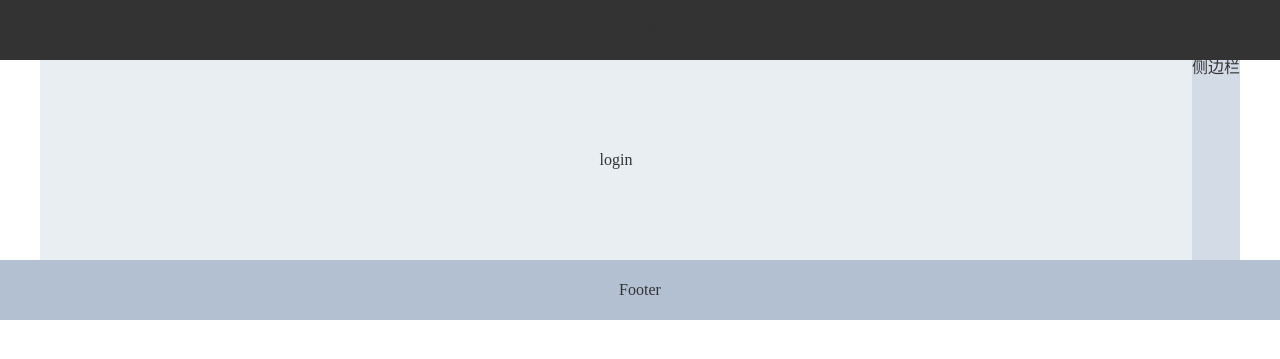
Repository: Trayvon21/cnode
Page: /login
The author's editor kept a copy of each file at every save. The page is drawn from the files as they stood at one save, then again after the next save.
The browser window is 1280 px wide. The pictures show the whole page.
The project was rebuilt for these pictures with package versions that can differ from the ones it lists, and the page was loaded fresh each time. Also part of the build but not shown: vue.config.js.

Above is the page before, as saved 2019-12-16 13:43:25.

### public/index.html
<!DOCTYPE html>
<html lang="en">

<head>
    <meta charset="utf-8">
    <meta http-equiv="X-UA-Compatible" content="IE=edge">
    <meta name="viewport" content="width=device-width,initial-scale=1.0">
    <link rel="stylesheet" href="./css/reset.css">
    <link rel="icon" href="<%= BASE_URL %>favicon.ico">
    <title>demo</title>
</head>

<body>
    <noscript>
      <strong>We're sorry but demo doesn't work properly without JavaScript enabled. Please enable it to continue.</strong>
    </noscript>
    <div id="app"></div>
    <!-- built files will be auto injected -->
</body>

</html>

### src/main.js
import Vue from 'vue'
import App from './App.vue'
import router from './router'
import store from './store'
import service from './http'
import ElementUI from 'element-ui';
import 'element-ui/lib/theme-chalk/index.css';
import axios from 'axios'
Vue.use(ElementUI);
Vue.config.productionTip = false
Vue.prototype.$axios = service
new Vue({
    router,
    store,
    render: h => h(App)
}).$mount('#app')

### src/App.vue
<template>
 <div>
<router-view></router-view>
 </div>
</template>

<script>
 export default {
   data () {
     return {

     }
   },
   components: {

   },
   methods: {

   },
   mounted() {

   },
   watch: {

   },
   computed: {

   }
 }
</script>

<style scoped lang='scss'>

</style>

### src/router/index.js
import Vue from 'vue'
import VueRouter from 'vue-router'
import Home from '../views/Home.vue'

Vue.use(VueRouter)

const routes = [{
        path: '/',
        component: Home,
        children: [{
            path: '',
            name: 'main',
            component: () =>
                import ('../views/main/Main')
        }]
    }, {
        path: '/login',
        component: Home,
        children: [{
            path: '',
            name: 'login',
            component: () =>
                import ('../views/Login/Login')
        }]
    }, {
        path: '/:id',
        component: Home,
        children: [{
            path: '',
            name: 'detail',
            component: () =>
                import ('../views/detail/Detail')
        }]
    }, {
        path: '*',
        name: 'error',
        component: () => ('../views/error')
    }

]

const router = new VueRouter({
    mode: 'history',
    base: process.env.BASE_URL,
    routes
})

export default router

### src/http/index.js
import axios from 'axios'
import qs from 'qs'
import { Loading, Message } from 'element-ui'

// let loading = null


// 判断当前环境是生产环境还是开发环境
// process.env.NODE_ENV的值决定当前环境
// production为生产环境 development为开发环境
const isProduction = process.env.NODE_ENV === 'production'

// 创建axios配置对象
const service = axios.create()

// 接口基础路径
service.defaults.baseURL = isProduction ? '线上接口路径' : '/api'

// 超时时间
service.defaults.timeout = 10000
    // 请求头类型
service.defaults.headers.post['Content-Type'] = 'application/x-www-form-urlencoded'

// 请求拦截器
service.interceptors.request.use(config => {
    loading = Loading.service({
        text: '正在加载中......'
    })
    let token = localStorage.getItem('adminToken')
        // 每次请求 都在请求头带上token
    if (token) {
        config.headers['Authorization'] = 'Bearer ' + token
    }
    return config
}, err => {
    console.log(err)
    return Promise.reject(err)
})

// 响应拦截器
service.interceptors.response.use(response => {
    if (loading) {
        loading.close()
    }
    return response.data
}, err => {
    // if (err.response.status === 401) {
    //   Message.error(err.response.data.msg)
    // }
})

service.req = function(...params) {
    if (params.length === 1) {
        return service.get(params[0])
    }
    if (params.length === 2) {
        return service.post(params[0], qs.stringify(params[1]))
    }
}

export default service

### src/views/Home.vue
<template>
  <div>
    <el-container>
      <el-header>Header</el-header>
      <el-container class="main">
        <el-main>
          <router-view />
        </el-main>
        <el-aside width="px">
          <Aside class="aside"/>
        </el-aside>
      </el-container>
      <el-footer>Footer</el-footer>
    </el-container>
  </div>
</template>

<script>
import Aside from "../components/aside/Aside";
export default {
  data() {
    return {};
  },
  components: {
    Aside
  },
  methods: {},
  mounted() {},
  watch: {},
  computed: {}
};
</script>

<style scoped lang='scss'>
.el-header {
  background-color: #333;
  color: #333;
  text-align: center;
  line-height: 50px;
}
.el-main {
  background-color: #e9eef3;
  color: #333;
  text-align: center;
  line-height: 160px;
}
.el-aside {
  background-color: #d3dce6;
  color: #333;
  text-align: center;
}

.el-footer {
  background-color: #b3c0d1;
  color: #333;
  text-align: center;
  line-height: 60px;
}
.main {
  width: 1200px;
  margin: 0 auto;
}
body {
  background: #e9eef3 !important;
}
</style>

### src/views/Login/Login.vue
<template>
  <div>login</div>
</template>

<script>
export default {
  data() {
    return {};
  },
  components: {},
  methods: {},
  mounted() {},
  watch: {},
  computed: {}
};
</script>

<style scoped lang='scss'>
</style>

### src/components/aside/Aside.vue
<template>
 <div>
     侧边栏
 </div>
</template>

<script>
 export default {
   data () {
     return {

     }
   },
   components: {

   },
   methods: {

   },
   mounted() {

   },
   watch: {

   },
   computed: {

   }
 }
</script>

<style scoped lang='scss'>

</style>

Loaded but not shown: src/store/index.js (common file); public/css/reset.css (common file)

After the next save:
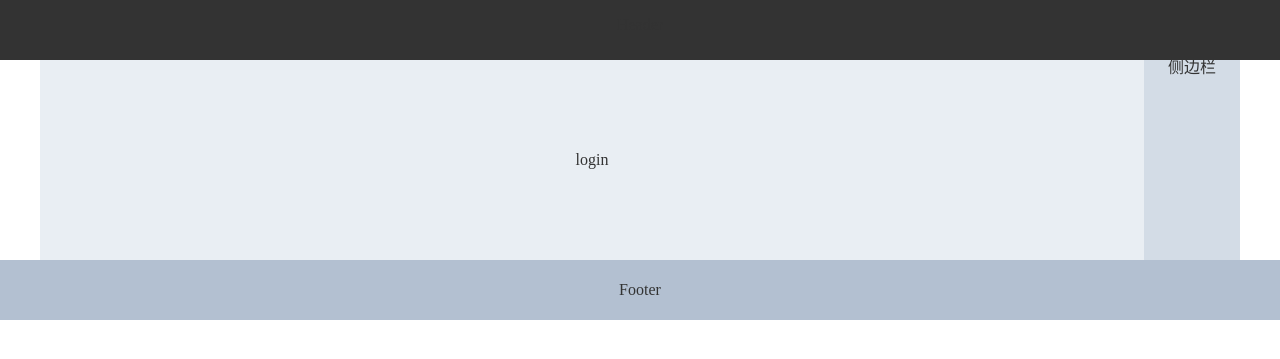
Saved 14 s later.
--- a/src/views/Home.vue
+++ b/src/views/Home.vue
@@ -6,7 +6,7 @@
         <el-main>
           <router-view />
         </el-main>
-        <el-aside width="px">
+        <el-aside width="96px">
           <Aside class="aside"/>
         </el-aside>
       </el-container>
